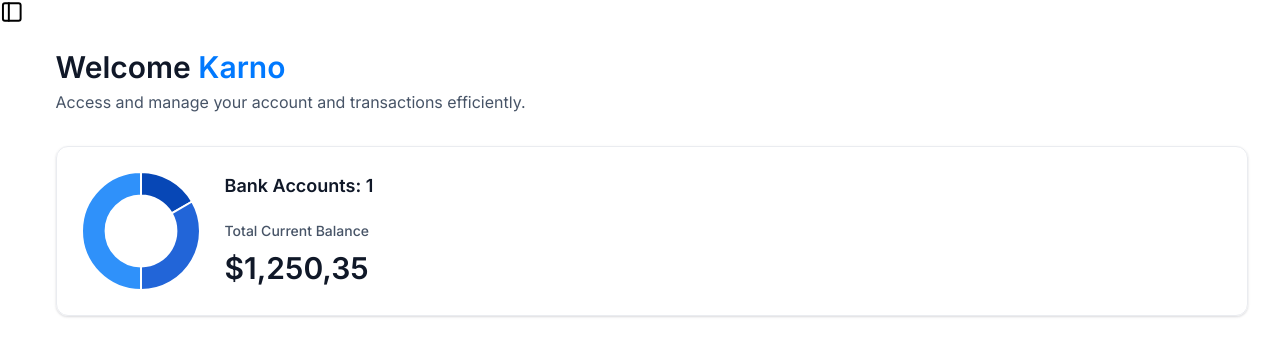
Repository: KarnoSarker/Banking
Page: /
An editor plug-in stored every save of this project. The page is shown before and after the next save, followed by the edit.
The browser window is 1280 px wide. The pictures show the whole page.
The project was rebuilt for these pictures with package versions that can differ from the ones it lists, and the page was loaded fresh each time. The framework's server and built-in components were replaced by stand-ins that run in the browser. Also part of the build but not shown: next.config.mjs.

Above is the page before, as saved 2024-05-14 20:00:33.

After the next save:
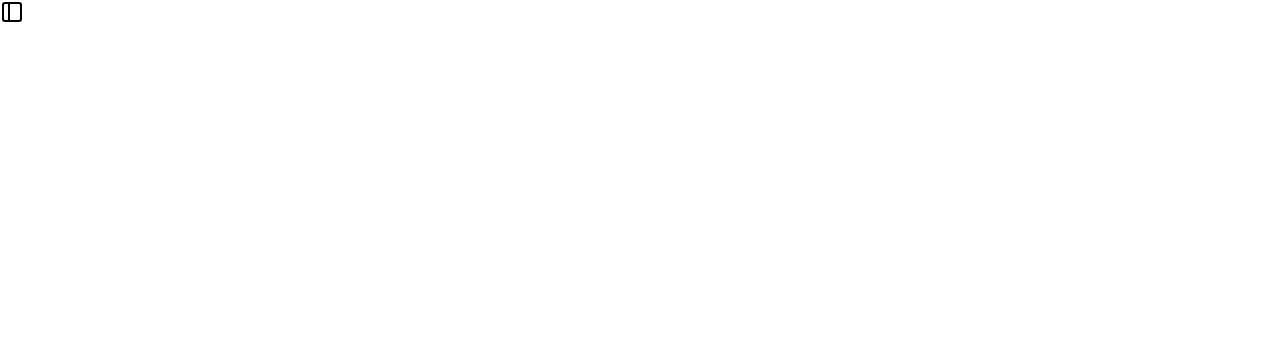
Saved 2 min 18 s later.
--- a/app/(root)/layout.tsx
+++ b/app/(root)/layout.tsx
@@ -8,8 +8,8 @@
   const loggedIn = { firstName: 'Karno', lastName: 'Sarker' };
   return (
     <main className='flex h-screen w-full font-inter'>
-      <Sidebar />
-      {children}
+      <Sidebar user={loggedIn} />
+      {/* {children} */}
     </main>
   );
 }

After the save that followed:
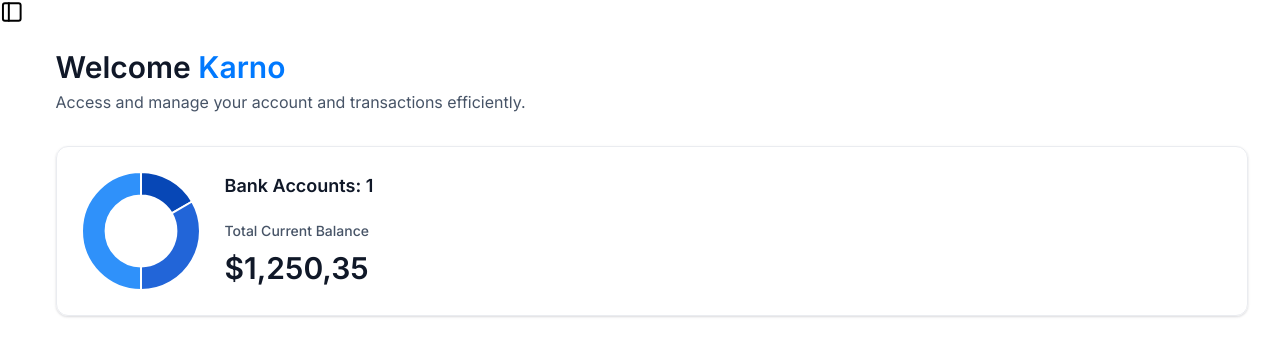
Saved 7 s later.
--- a/app/(root)/layout.tsx
+++ b/app/(root)/layout.tsx
@@ -9,7 +9,7 @@
   return (
     <main className='flex h-screen w-full font-inter'>
       <Sidebar user={loggedIn} />
-      {/* {children} */}
+      {children}
     </main>
   );
 }
